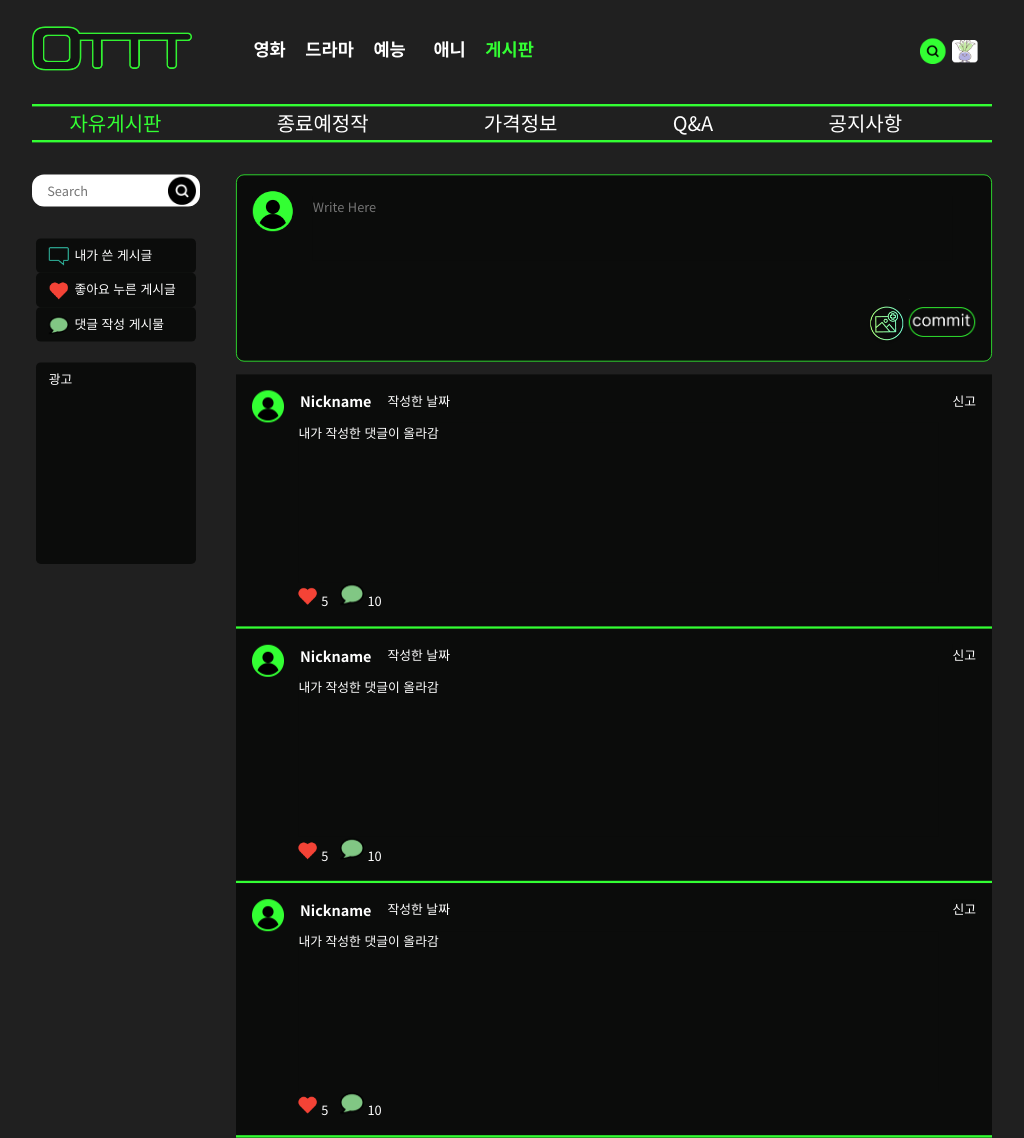
Repository: gahhyun/commnity_make
Page: http://localhost/OTTT/WEB-INF/views/community/freecommunity/community_main.jsp
These files come from the project's save history. The page is drawn as it stood at one moment and after the next save; the edit follows.
The browser window is 1280 px wide. The pictures show the whole page, at 80% of full size.
The page is served by Tomcat 9. Nobody is signed in. Other server files are loaded and not shown. The template is opened directly, without the code that normally fills it, so the values that code supplies are empty.

Above is the page before, as saved 2023-05-04 07:19:47.

### OTTT/src/main/webapp/WEB-INF/views/community/freecommunity/community_main.jsp
<%@ page language="java" contentType="text/html; charset=UTF-8"
    pageEncoding="UTF-8"%>
<%@ taglib prefix="c" uri="http://java.sun.com/jsp/jstl/core" %>
<%@ taglib prefix="fmt" uri="http://java.sun.com/jsp/jstl/fmt" %>

<c:set var="path" value="${pageContext.request.contextPath}"/>
<!doctype html>
<html lang="ko">
  <head>
    <meta charset="utf-8">
    <meta name="viewport" content="width=device-width, initial-scale=1">
    <title>community_main</title>
    <link href="https://cdn.jsdelivr.net/npm/bootstrap@5.3.0-alpha2/dist/css/bootstrap.min.css" rel="stylesheet" integrity="sha384-aFq/bzH65dt+w6FI2ooMVUpc+21e0SRygnTpmBvdBgSdnuTN7QbdgL+OapgHtvPp" crossorigin="anonymous">
    <link rel="stylesheet" href="${path}/resources/css/community/freecommunity/community_main.css" >
    <script type="text/javascript" src="${path}/resources/js/community/main.js"></script>
    <script src="https://cdn.jsdelivr.net/npm/bootstrap@5.3.0-alpha2/dist/js/bootstrap.bundle.min.js" integrity="sha384-qKXV1j0HvMUeCBQ+QVp7JcfGl760yU08IQ+GpUo5hlbpg51QRiuqHAJz8+BrxE/N" crossorigin="anonymous"></script>
  </head>
  <body style="background-color: #202020;">
    <div class="wrap">
      <header>
        <div class="logo">
          <a href="<c:url value="/" />">
            <img src="${path}/resources/images/logo/OTTT.png" alt="로고">
          </a>
        </div>
        <nav class="gnb">
          <ul>
            <li>
              <a href="<c:url value="/genre/movie" />">영화</a>
            </li>
            <li>
              <a href="<c:url value="/genre/drama" />">드라마</a>
            </li>
            <li>
              <a href="<c:url value="/genre/interest" />">예능</a>
            </li>
            <li>
              <a href="<c:url value="/genre/animation" />">애니</a>
            </li>
            <li>
              <a href="<c:url value="/community" />" style="color: #33ff33;">게시판</a>
            </li>
          </ul>
        </nav>
        <div class="h-icon">
          <ul>
            <li>
              <a href="<c:url value='/search' />">
                <!-- <img src="./images/icon/search02.png" alt="검색"> -->
              </a>
            </li>
            <li>
              <a href="<c:url value='/mypage' />">
                <!-- <img src="./images/icon/user01.png" alt="내 정보"> -->
              </a>
            </li>
          </ul>
        </div>
      </header>

      <!--meun bar Start-->
        <div id="line-1" >
          <nav class="nav">
          <a class="nav-link1" href="<c:url value='/community' />" style="color: #33ff33;">자유게시판</a>
          <a class="nav-link1" href="<c:url value='/community/endmovie/tving' />">종료예정작</a>
          <a class="nav-link1" href="<c:url value='/community/priceInfoTving' />">가격정보</a>
          <a class="nav-link1" href="<c:url value='/community/QnA' />">Q&A</a>
          <a class="nav-link1" href="<c:url value='/community/notice' />">공지사항</a>
        </nav>
        </div>
        <div id="line-2">
          <div class="Lcontent">
            <form name="post_search" action="" method="get">
             <span>
              <input class="search" type="search" placeholder=" &nbsp;Search">
             </span>
              <input class="searchicon" type="image" src="${path}/resources/images/icon/search.png" alt="돋보기">
            </form>
            <ul class="movepage">
              <li style="display: flex;">
                <div class="list-group">
                    <a href="<c:url value='/mycommynity/postcommu' />" class="list-group-item list-group-item-action">
                      <img class="side_img" src="${path}/resources/images/img/KakaoTalk_20230411_161709664.png" alt="post">내가 쓴 게시글
                    </a>
                </div>
              </li>
              <li style="display: flex;">
                  <div class="list-group">
                      <a href="<c:url value='/mycommynity/likecommunity' />" class="list-group-item list-group-item-action">
                        <img class="side_img" src="${path}/resources/images/img/free-icon-heart-6063477 2.png" alt="heart">좋아요 누른 게시글
                      </a>
                  </div>
              </li>
              <li style="display: flex;">
                  <div class="list-group">
                      <a href="<c:url value='/mycommynity/comment' />" class="list-group-item list-group-item-action">
                        <img class="side_img" src="${path}/resources/images/img/comment.png" >댓글 작성 게시물
                      </a>
                  </div>
              </li>
              <li style="display: flex;">
                  <div class="list-group">
                      <a href="#" class="list-group-item list-group-item-action" style="margin-top: 2vw; height: 35vh;">광고</a>
                    </div>
              </li>
          </div>

<!--ㅡmain------------------------------------------>
          <div class="Rcontent" >
            <div>
              <form name="post_write" action="community_main.html" method="get">
                <ul class="post_write">
                  <li>
                    <img src="${path}/resources/images/icon/user01.png" alt="프로필사진">
                  </li>
                  <li>
                      <textarea class="writeHere" placeholder="Write Here" onkeydown="resize(this)" onkeyup="resize(this)" ></textarea>
                  </li>
                  <li class="btn_s">
                      <label for="btn_file" ><img src="${path}/resources/images/img/writeImg.png" class="img_file"></label>
                      <input id="btn_file" type="file" accept="image/gif, image/jpeg, image/png" multiple/>
                      <input class="btn_commit" type="image" src="${path}/resources/images/img/commit.png" alt="commit">
                  </li>
                </ul>
              </form>
            </div>
            <div class="post_list">
              <ul class="post" >
                <div class="post_info">
                  <div style="display: flex;">
                  	<a href="#"><img class="usur_img" src="${path}/resources/images/icon/user01.png" alt="profile"></a>
                  	<a href="#"><span class="nickname">Nickname</span></a>
                  	<span id="current_date" >작성한 날짜</span>
                  </div>
                  <div>
                   <div>
                    <button type="button" class="btn_warning" data-bs-toggle="dropdown" >
                      신고
                    </button>
                    <ul class="dropdown-menu" >
                      <li><a class="dropdown-item" href="#">욕설/비방</a></li>
                      <li><a class="dropdown-item" href="#">광고/도배</a></li>
                      <li><a class="dropdown-item" href="#">악의적인 스포</a></li>
                      <li><a class="dropdown-item" href="#">선정성</a></li>
                    </ul>
                   </div>
                  </div>
                </div>
                <div style="width: 900px;">
                  <a href="<c:url value='/community/post' />" class="main_article">내가 작성한 댓글이 올라감</a>
                </div>
                <div>
                <div>
                  <input class="heart_img" type="image" src="${path}/resources/images/img/free-icon-heart-6063477 2.png" alt="heart">
                  <span>5</span>
                  <input class="re_comment_img" type="image" src="${path}/resources/images/img/comment.png" alt="comment">
                  <span>10</span>
                </div>
                </div>
              </ul>
              <ul class="post" >
                <div class="post_info">
                  <div style="display: flex;">
                  	<a href="#"><img class="usur_img" src="${path}/resources/images/icon/user01.png" alt="profile"></a>
                  	<a href="#"><span class="nickname">Nickname</span></a>
                  	<span id="current_date" >작성한 날짜</span>
                  </div>
                  <div>
                   <div>
                    <button type="button" class="btn_warning" data-bs-toggle="dropdown" >
                      신고
                    </button>
                    <ul class="dropdown-menu" >
                      <li><a class="dropdown-item" href="#">욕설/비방</a></li>
                      <li><a class="dropdown-item" href="#">광고/도배</a></li>
                      <li><a class="dropdown-item" href="#">악의적인 스포</a></li>
                      <li><a class="dropdown-item" href="#">선정성</a></li>
                    </ul>
                   </div>
                  </div>
                </div>
                <div style="width: 900px;">
                  <a href="#" class="main_article">내가 작성한 댓글이 올라감</a>
                </div>
                <div>
                <div>
                  <input class="heart_img" type="image" src="${path}/resources/images/img/free-icon-heart-6063477 2.png" alt="heart">
                  <span>5</span>
                  <input class="re_comment_img" type="image" src="${path}/resources/images/img/comment.png" alt="comment">
                  <span>10</span>
                </div>
                </div>
              </ul>
              <ul class="post" >
                <div class="post_info">
                  <div style="display: flex;">
                  	<a href="#"><img class="usur_img" src="${path}/resources/images/icon/user01.png" alt="profile"></a>
                  	<a href="#"><span class="nickname">Nickname</span></a>
                  	<span id="current_date" >작성한 날짜</span>
                  </div>
                  <div>
                   <div>
                    <button type="button" class="btn_warning" data-bs-toggle="dropdown" >
                      신고
                    </button>
                    <ul class="dropdown-menu" >
                      <li><a class="dropdown-item" href="#">욕설/비방</a></li>
                      <li><a class="dropdown-item" href="#">광고/도배</a></li>
                      <li><a class="dropdown-item" href="#">악의적인 스포</a></li>
                      <li><a class="dropdown-item" href="#">선정성</a></li>
                    </ul>
                   </div>
                  </div>
                </div>
                <div style="width: 900px;">
                  <a href="#" class="main_article">내가 작성한 댓글이 올라감</a>
                </div>
                <div>
                <div>
                  <input class="heart_img" type="image" src="${path}/resources/images/img/free-icon-heart-6063477 2.png" alt="heart">
                  <span>5</span>
                  <input class="re_comment_img" type="image" src="${path}/resources/images/img/comment.png" alt="comment">
                  <span>10</span>
                </div>
                </div>
              </ul>
            </div>
          </div>
        </div>
    </div>
  </body>
</html>

### OTTT/src/main/webapp/resources/css/community/freecommunity/community_main.css
@charset "utf-8";
@import url('https://fonts.googleapis.com/css2?family=Noto+Sans+KR:wght@100;300;400;500;700;900&display=swap');


*{margin: 0;padding: 0;font-family: 'Noto Sans KR', sans-serif;}

a{text-decoration: none;color: inherit;display: block;}

ul,li,ol{list-style: none;}

body{background-color: #202020;color: #fff;}

.wrap{width: 100%;height: 100%;position: relative;}

/* header Start*/
header{ width: 1200px; height: 130px;box-sizing: border-box;margin: 0 auto;position: relative;display: flex;}

.logo{    width: 230px;
    height : 95px;
    margin-top: 30px;}

.logo > a > img{margin-top: 2.5px;width: 200px;}

.gnb > ul{display: flex;}

.gnb > ul > li{
    width: 70px;
    height: 60px;
    text-align: center;
    line-height: 60px;
    margin-top: 30px;
    margin-right:5px;
}


.gnb a{
    font-size: 22px;
    font-weight: 600;
}

.gnb > ul > li:hover{
    color: #33ff33;
}

.h-icon{
    width: 120px;
    height: 58px;
    position: absolute;
    top: 50%;
    right: 10px;
    transform: translateY(-50%);
}

.h-icon > ul{
    display: flex;
    justify-content: space-evenly;
    margin-top: 12px;
}

.h-icon > ul > li:first-child > a{
    background:url("../../../images/icon/search02.png");
    background-repeat: no-repeat;
    background-position: center;
    background-size: 32px;
    width: 32px;
    height: 32px;
}

.h-icon > ul > li:last-child > a{
    background:url("../../../images/img/profile.png");
    background-repeat: no-repeat;
    background-position: center;
    background-size: 32px;
    width: 32px;
    height: 32px;
}

.h-icon > ul > li:first-child > a:hover{
    background: url("../../../images/icon/search-h.png");
    background-repeat: no-repeat;
    background-position: center;
    background-size: 32px;
    width: 32px;
    height: 32px;
}

/* .h-icon > ul > li:last-child > a:hover{
    background: url("../images/user-h.png");
    background-repeat: no-repeat;
    background-position: center;
    background-size: 32px;
    width: 32px;
    height: 32px;
} */

/* header End */

/* meun bar Start */
#line-1 {
    width: 1200px;
    background-color: transparent;
    border: none;
    border-top-style: solid;
    border-bottom-style: solid;
    border-top-color:#33ff33;
    border-bottom-color: #33FF33;
    border-top-width:3px;
    border-bottom-width: 3px;
    margin: 0 auto;
    position: relative;
    display: flex;
    margin-bottom: 40px;
}

.nav-link1{
    color: #ffffff;
    font-size: 25px;
    padding:2px;
    text-decoration-line: none;
    margin-left: 140px;
}
.nav-link1:hover{color: #33FF33;}

.nav a:nth-child(1){margin-left: 3.5vw;}

/* meun bar ENd */


/* content Start */
/*  left start */
#line-2 {
    width:1200px;
    display: flex;
    position:relative;
    margin: 0 auto;

}

.search{
        border: solid 1px black;
        width: 210px;
        height: 40px;
        border: 0;
        border-radius: 15px;
        padding-left: 10px;s
    }

.searchicon{
    width: 35px;
    position: relative;
    left: 170px;
    bottom: 37px;
}

.movepage{
    margin: 0;
    margin-left: 5px;
    padding: 0;
}


.list-group-item{
    width: 200px;
    background-color: #0B0C0B;
    border: none;
    color: #ffffff;

}

.side_img{
    width: 25px;
    margin-right: 7px;
}

/*  left end */

/* right start*/
.Rcontent{
    margin-left: 40px;
    width: 1000px;
    height: auto;

}

.post_write{
    padding: 20px;
    background : #0B0C0B;
    border: solid 1px #33FF33;
    color: white;
    border-radius: 10px;
    max-height: max-content;
    width: 945px;
}

.post_write li:nth-child(1) img{
    width: 50px;

}


.writeHere{
    color: #fff;
    border: none;
    background-color: #0B0C0B;;
    width: 800px;
    min-height: 5rem;
    max-height: max-content;
    overflow-y: hidden;
    resize: none;
    position: relative;
    left: 75px;
    bottom: 43px;


}
.writeHere:focus{
    outline: none;
}

.btn_s{

    text-align: end;
}

.img_file{
    width: 47px;
    position: relative;
    cursor: pointer;
}

#btn_file{
    position: absolute;
    width: 1px;
    height: 1px;
    padding: 0;
    border: 0;
    margin: -1;
    overflow: hidden;
}


.btn_commit{
    width: 83px;
    position: relative;
    top: 10px;
}


/*
필드 숨기는 코드를 설명해보자면,

‣ position: absolute : clip이 absolute, fixed일 때만 적용 가능하기 때문 + 레이아웃에 영향을 끼치지 않게.

‣ width: 1px; height: 1px : 스크린 리더가 읽을 수 있도록

‣ padding: 0 : 상속되거나 적용될 수 있는 스타일을 제거해서 안전하게

‣ border: 0 : 상속되거나 적용될 수 있는 스타일을 제거해서 안전하게. 그리고 border: none과 border: 0은 다른데, border: none으로 했을 때 border-style을 적용할 경우 우선순위때문에 border: none인데도 테두리가 생긴다. 그래서 더 안전한 border: 0을 사용

‣ margin: -1px : 부모 요소 밖으로 위치시킴

‣ clip: rect(0, 0, 0, 0) : 요소 숨기기. 처음에 top, right, bottom, left를 margin 줄 때처럼 생각을 해서 이해를 못 했는데 선언 순서는 같지만 기준 점이 다르다. clip은 네 방향 모두 좌측상단이 기준이다.margin 에서 bottom은 해당 요소 아래에서 얼마큼 떨어질지였지만, clip은 상단에서 얼마큼 떨어질지가 bottom라인이 된다. 그래서 top과 bottom이 같은 값이면 요소가 숨겨지게 된다. 마찬가지로 left, right가 같은 값이면 요소가 숨겨진다.

‣ overflow: hidden : overflow된 콘텐츠를 숨기기.
*/



/*작성된 글 올라감*/
.post{
    margin: 0;
    padding: 20px;
    background : #0B0C0B;
    border: none;
    color: white;
    width: 945px;
    max-height: max-content;
    overflow: auto;
    border-bottom: solid #33FF33;
}

.post > li{
    display: inline-block;
}

.post_info{
    display: flex;
    justify-content: space-between;
}

.usur_img{
    width: 40px;

}

.nickname{
    width: 500px;
    margin-left: 20px;
    margin-right: 20px;
    color: #fff;
    font-weight: bolder;
    font-size: 18px;
}

.btn_warning{
    background-color: #0B0C0B;
    color: #fff;
    border: none;
    margin-left: 20px;




}

.main_article{
    color: #fff;
    border: none;
    background-color: #0B0C0B;
    width: 800px;
    min-height: 200px;
    max-height: max-content;
    margin-left: 58px;
}

.main article:focus{
    outline: none;
}

.heart_img{
    width: 25px;
    margin-left: 57px;
    padding-top: 5px;
}

.count{
    width: 35px;
    background-color: #0B0C0B;
    border: none;
    color: #fff;
}

.re_comment_img{
    width: 30px;
    margin-left: 10px;
}






/* 모달 */
.post_info li:nth-child(4){
    position: relative;
    left: 500px;
}
.modal-content{
    background-color: #202020;
}

.modal-body{
    font-size: 26px;
    text-align: center;
    border: 1px solid #fff;
}

.modal-header{
    border: 1px solid #fff;
}

.modal-footer{
    border: 1px solid #fff;
}

.modi-del{
    text-align: right;
}


.pro-info{
    display: flex;
}

.pro-total{
    display: flex;
    justify-content: space-between;
}

.btn.btn-secondary{
    background-color: #0B0C0B;
}
/*모달 end*/

/* div{
    border: plum solid 1px;
} */

### OTTT/src/main/webapp/resources/js/community/main.js
function resize(obj){
    obj.style.height = '1px';
    obj.style.height = (12 + obj.scrollHeight) + 'px';

}

After the next save:
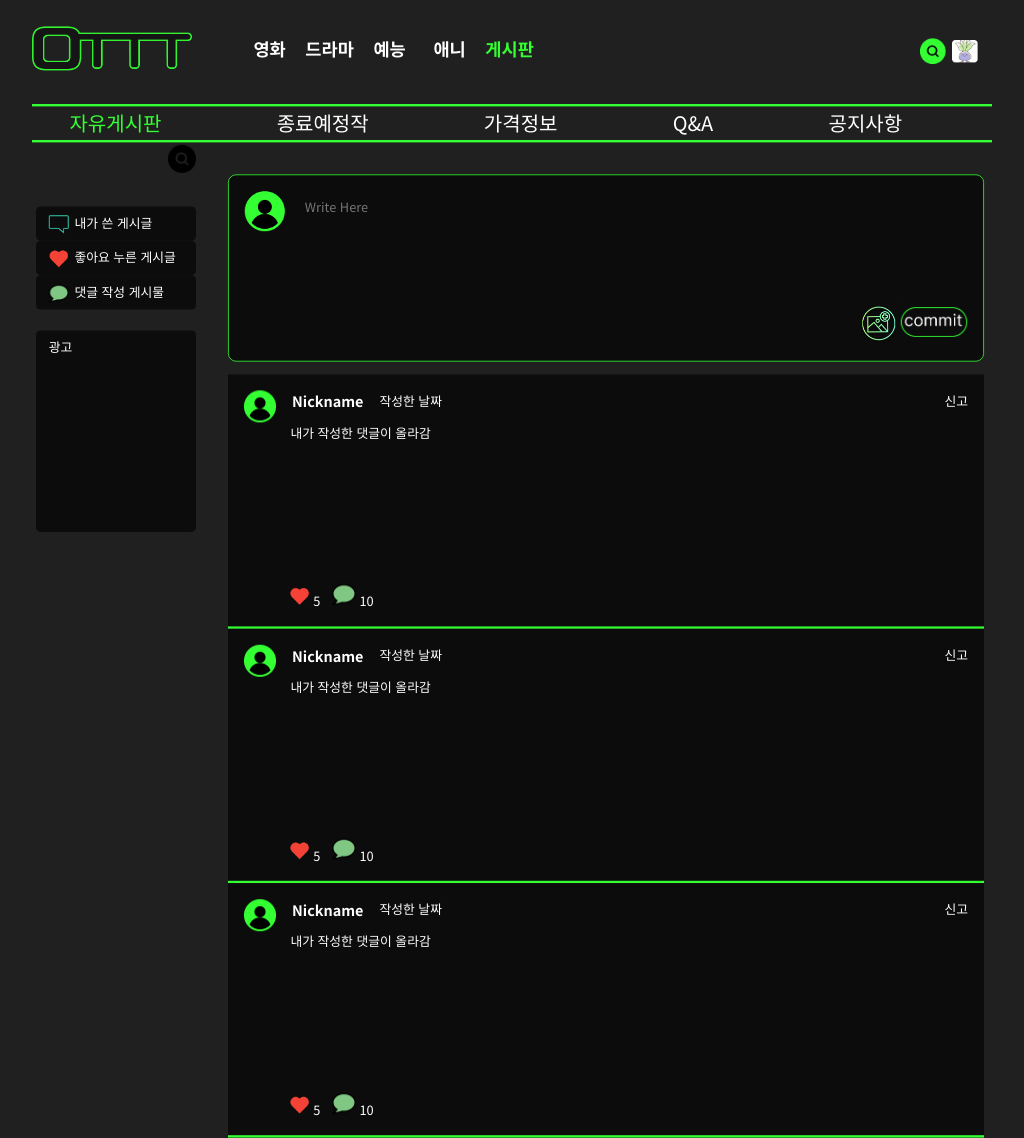
Saved 7 min 6 s later.
--- a/OTTT/src/main/webapp/WEB-INF/views/community/freecommunity/community_main.jsp
+++ b/OTTT/src/main/webapp/WEB-INF/views/community/freecommunity/community_main.jsp
@@ -71,9 +71,10 @@
         <div id="line-2">
           <div class="Lcontent">
             <form name="post_search" action="" method="get">
-             <span>
-              <input class="search" type="search" placeholder=" &nbsp;Search">
-             </span>
+             <div style="display: flex>
+             	<input class="search" type="search" placeholder=" &nbsp;Search">
+             </div>
+
               <input class="searchicon" type="image" src="${path}/resources/images/icon/search.png" alt="돋보기">
             </form>
             <ul class="movepage">
